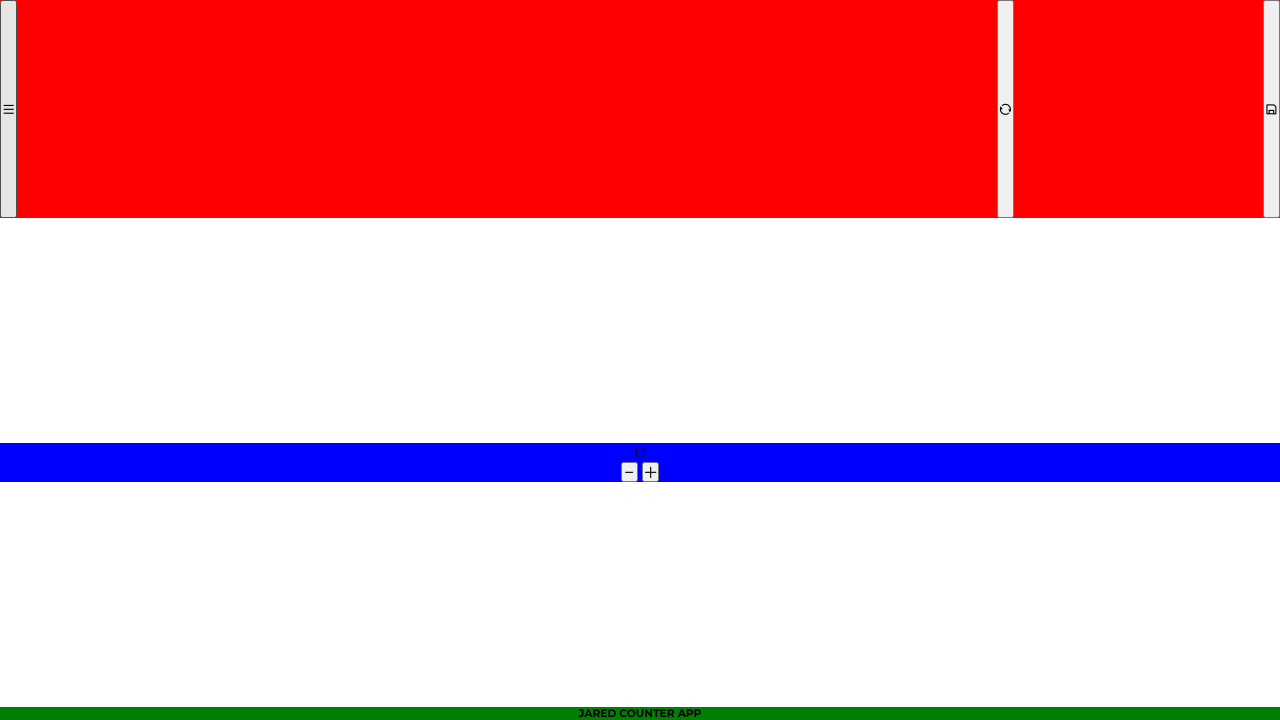
Repository: EguJaredoBoyd/Jared-Counter-App
Page: index.html
The author's editor kept a copy of each file at every save. The page is drawn from the files as they stood at one save, then again after the next save.
The browser window is 1280 px wide. The pictures show the whole page.

Above is the page before, as saved 2025-11-27 00:41:59.

### index.html
<!DOCTYPE html>
<html lang="en">

<head>
    <meta charset="UTF-8">
    <meta name="viewport" content="width=device-width, initial-scale=1.0">
    <title>Document</title>
    <link rel="preconnect" href="https://fonts.googleapis.com">
    <link rel="preconnect" href="https://fonts.gstatic.com" crossorigin>
    <link href="https://fonts.googleapis.com/css2?family=Montserrat:ital,wght@0,100..900;1,100..900&display=swap"
        rel="stylesheet">
    <link href="https://cdn.jsdelivr.net/npm/remixicon@4.2.0/fonts/remixicon.css" rel="stylesheet">
    <link rel="stylesheet" href="style.css">
    <script src="script.js" defer></script>
    <script src="toggle-script.js" defer></script>
</head>

<body id="body">
    <header>
        <button id="toggle-button"><i class="ri-menu-line"></i></button>
        <div class="header__button__ul--toggle-list" id="toggle-list">
            <div class="header__div__ul--header">
                <button id="toggle-button-close"><i class="ri-arrow-left-line"></i></button>
                <h4>Counting History</h4>
                <button><i class="ri-settings-line"></i></button>
            </div>
            <ul>
                <li>
                    <h3>10</h3>
                    <div class="li__div--content">
                        <p>Students are late</p>
                        <h6>
                            10/05/2025
                        </h6>
                    </div>
                    <button><i class="ri-delete-bin-7-line"></i></button>
                </li>
                <li>
                    <h3>30</h3>
                    <div class="li__div--content">
                        <p>Teacher Available This Month</p>
                        <h6>15/06/2025</h6>
                    </div>
                    <button><i class="ri-delete-bin-7-line"></i></button>
                </li>
                <li>
                    <h3>45</h3>
                    <div class="li__div--content">
                        <p>Chairs In Class B and class C</p>
                        <h6>30/06/2025</h6>
                    </div>
                    <button><i class="ri-delete-bin-7-line"></i></button>
                </li>
            </ul>
        </div>
        <button id="reset"><i class="ri-refresh-line"></i></button>
        <button><i class="ri-save-line"></i></i></button>
    </header>

    <main>
        <p id="start-count">0</p>
        <button id="decrement"><i class="ri-subtract-line"></i></button>
        <button id="increment"><i class="ri-add-large-line"></i></button>
    </main>

    <footer>
        <h6>JARED COUNTER APP</h6>
    </footer>







</body>

</html>

### style.css
* {
    padding: 0;
    margin: 0;
    box-sizing: border-box;
    font-family: "Montserrat", sans-serif;

}

:root {
    --primary-color: #0d1b2a;
    --secondary-color: #e0e1dd;
}

body {
    display: flex;
    flex-direction: column;
    height: 100vh;
    justify-content: space-between;
}

header {
    display: flex;
    justify-content: space-between;
    background-color: red;
}

.header__button__ul--toggle-list {
    background-color: pink;
    opacity: 0;
}

.header__button__ul--toggle-list.show {
    display: block;
    position: absolute;
    top: 0;
    right: 0;
    left: 0;
    bottom: 0;
    transform: translateY(10%);
    transition: transform 2s;
}

.header__div__ul--header {
    display: flex;
    justify-content: space-between;
    background-color: yellow;
}

li {
    display: flex;
    justify-content: space-between;
    margin: 1rem 1.5rem;
    gap: 5rem;
    background-color: skyblue;
}

.li__div--content {
    text-justify: inter-word;
    background-color: orange;
    width: 100%;
    max-width: 40%;
}

main {
    text-align: center;
    background-color: blue;
}

footer {
    text-align: center;
    background-color: green;
}

### script.js
//Get the last number clicked
let numberCount = Number(localStorage.getItem('increment')) || 0;

//Get last button clicked once the browser loads
let savedColor = localStorage.getItem('color');
let savedColor2 = localStorage.getItem('color2');
let savedColor3 = localStorage.getItem('color3')

let numberIncrement = document.querySelector('#increment');
let numberDecrement = document.getElementById('decrement');
let numberReset = document.querySelector('#reset');
let startCount = document.getElementById('start-count');

//Loads the the page with the last clicked number
startCount.textContent = numberCount;

//Uses the saved colour as a variable for the string 'red'
if (savedColor) {
    numberIncrement.style.backgroundColor = savedColor;
}
if (savedColor2) {
    numberDecrement.style.backgroundColor = savedColor2
}
if (savedColor3) {
    numberReset.style.backgroundColor = savedColor3;
}



numberIncrement.addEventListener('click', () => {
    let incrementColor = numberIncrement.style.backgroundColor = 'red';

    //Reset the other button colours
    numberDecrement.style.background = '';
    numberReset.style.background = '';

    //Save the color so it reminds user of last button clicked
    localStorage.setItem('color', incrementColor)
    //Remove colour storage for other buttons
    localStorage.removeItem('color2')
    localStorage.removeItem('color3')

    let counting = startCount.textContent = numberCount += 1;
    if (counting > 0) {
        startCount.style.color = 'green'
    }
    else if (counting === 0) {
        startCount.style.color = 'black';
    }
    if (numberCount < 0) {
        startCount.style.color = 'red'
    }

    //Save the number count to the localStorage
    localStorage.setItem('increment', numberCount);

})
numberDecrement.addEventListener('click', () => {
    let decrementColor = numberDecrement.style.backgroundColor = 'yellow';

    //Reset the other button colours
    numberIncrement.style.backgroundColor = '';
    numberReset.style.backgroundColor = '';

    //Save the color so it reminds user of last button clicked
    localStorage.setItem('color2', decrementColor)
    //Remove colour storage for other buttons
    localStorage.removeItem('color');
    localStorage.removeItem('color3')

    let negativeCounting = startCount.textContent = numberCount -= 1;
    if (negativeCounting < 0) {
        startCount.style.color = 'red'
    }
    else if (negativeCounting === 0) {
        startCount.style.color = 'black'
    }
    localStorage.setItem('increment', numberCount);
})
numberReset.addEventListener('click', () => {
    let resetColor = numberReset.style.backgroundColor = 'Blue';

    //Reset the other button colours
    numberIncrement.style.backgroundColor = '';
    numberDecrement.style.backgroundColor = '';

    //Save the color so it reminds user of last button clicked
    localStorage.setItem('color3', resetColor)
    //Remove colour storage for other buttons
    localStorage.removeItem('color');
    localStorage.removeItem('color2');

    let resetCounting = startCount.textContent = numberCount = 0;
    if (resetCounting === 0) {
        startCount.style.color = 'black'
    }
    localStorage.setItem('increment', numberCount);
})

### toggle-script.js
//Target the toggle button
let toggleButton = document.getElementById('toggle-button');
let toggleList = document.getElementById('toggle-list');
let toggleButtonClose = document.getElementById('toggle-button-close');

//Toggle the button to show the list
toggleButton.addEventListener('click', () => {
    toggleList.classList.toggle('show');
})

//Toggle the close button to remove list
toggleButtonClose.addEventListener('click', () => {
    toggleList.classList.toggle('show');
})

After the next save:
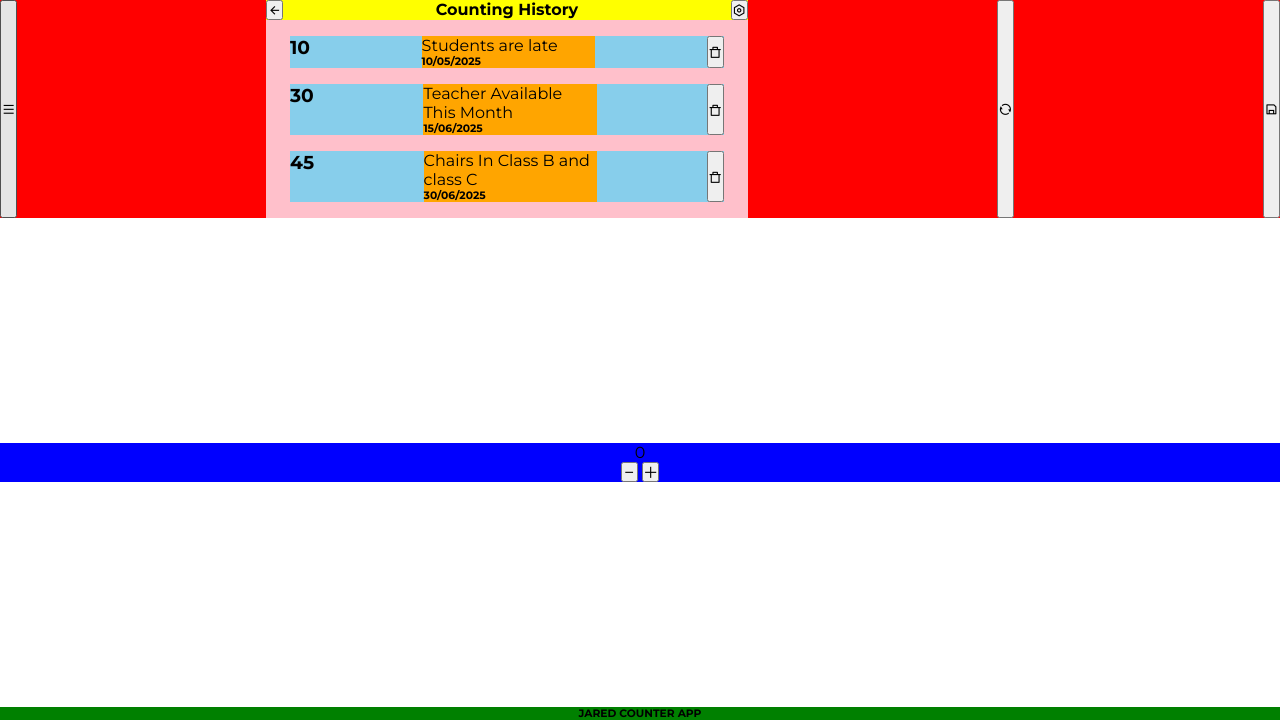
Saved 8 s later.
--- a/style.css
+++ b/style.css
@@ -26,7 +26,7 @@
 
 .header__button__ul--toggle-list {
     background-color: pink;
-    opacity: 0;
+    opacity: 1;
 }
 
 .header__button__ul--toggle-list.show {

After the save that followed:
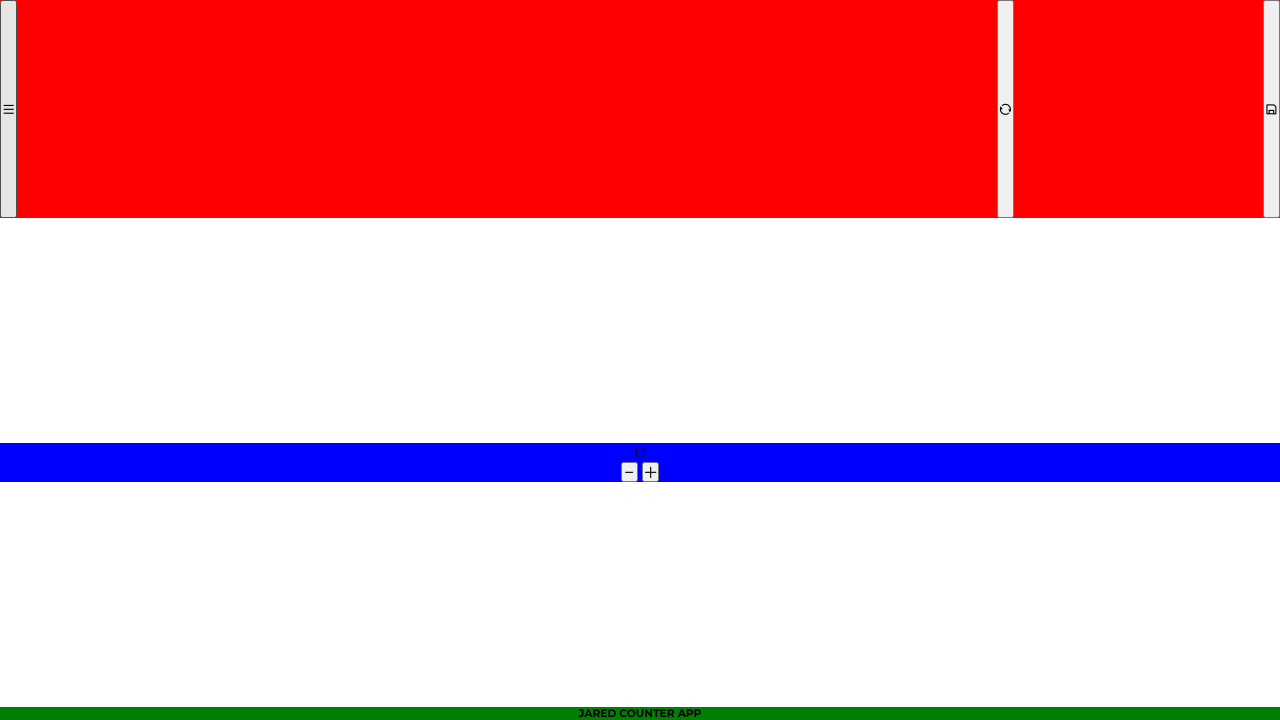
Saved 13 s later.
--- a/style.css
+++ b/style.css
@@ -26,7 +26,7 @@
 
 .header__button__ul--toggle-list {
     background-color: pink;
-    opacity: 1;
+    opacity: 0;
 }
 
 .header__button__ul--toggle-list.show {
